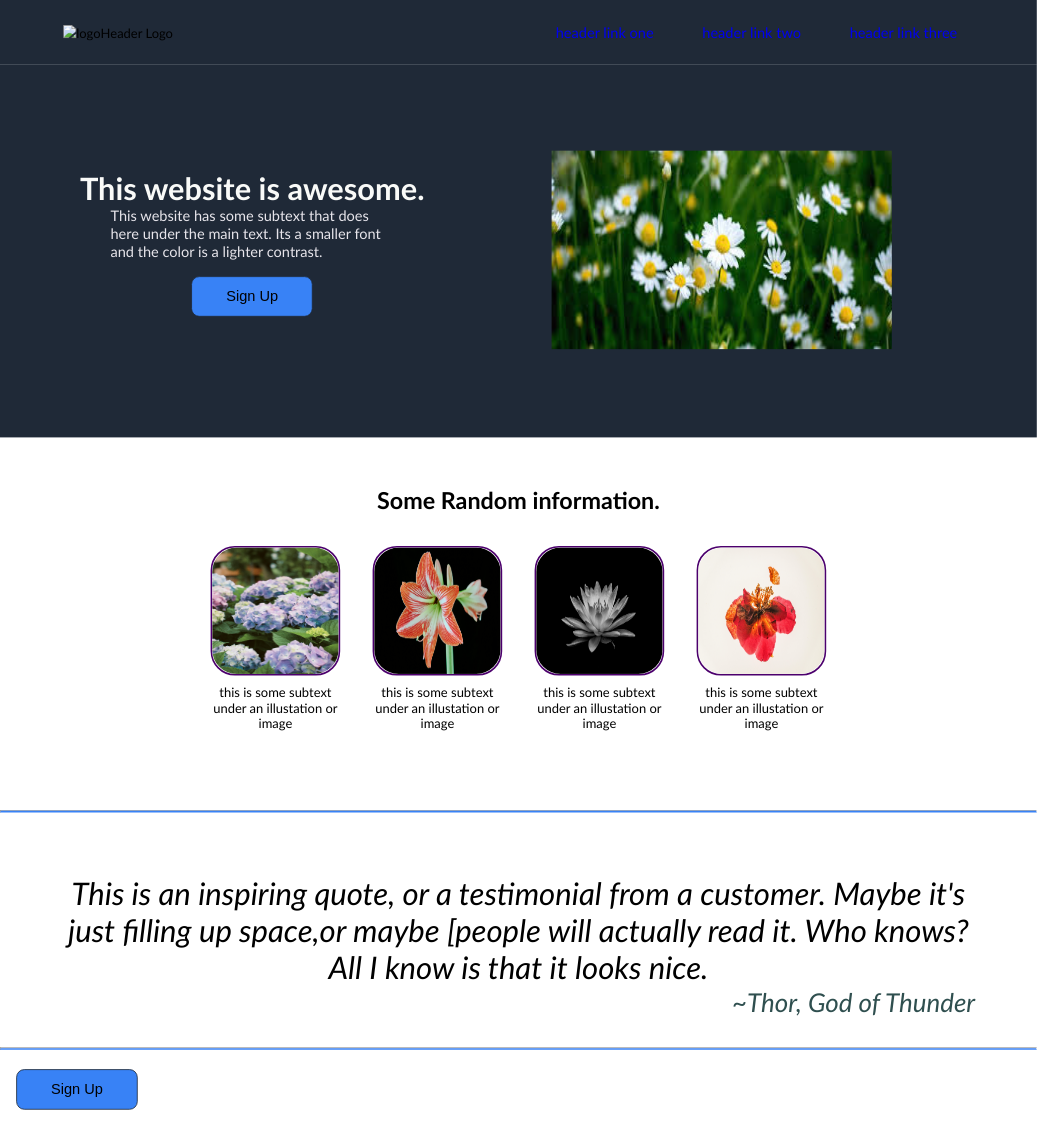
Repository: CassieHardluck/Landing-Page
Page: index.html
An editor plug-in stored every save of this project. The page is shown before and after the next save, followed by the edit.
The browser window is 1280 px wide. The pictures show the whole page, at 81% of full size.

Above is the page before, as saved 2024-06-02 03:04:40.

After the next save:
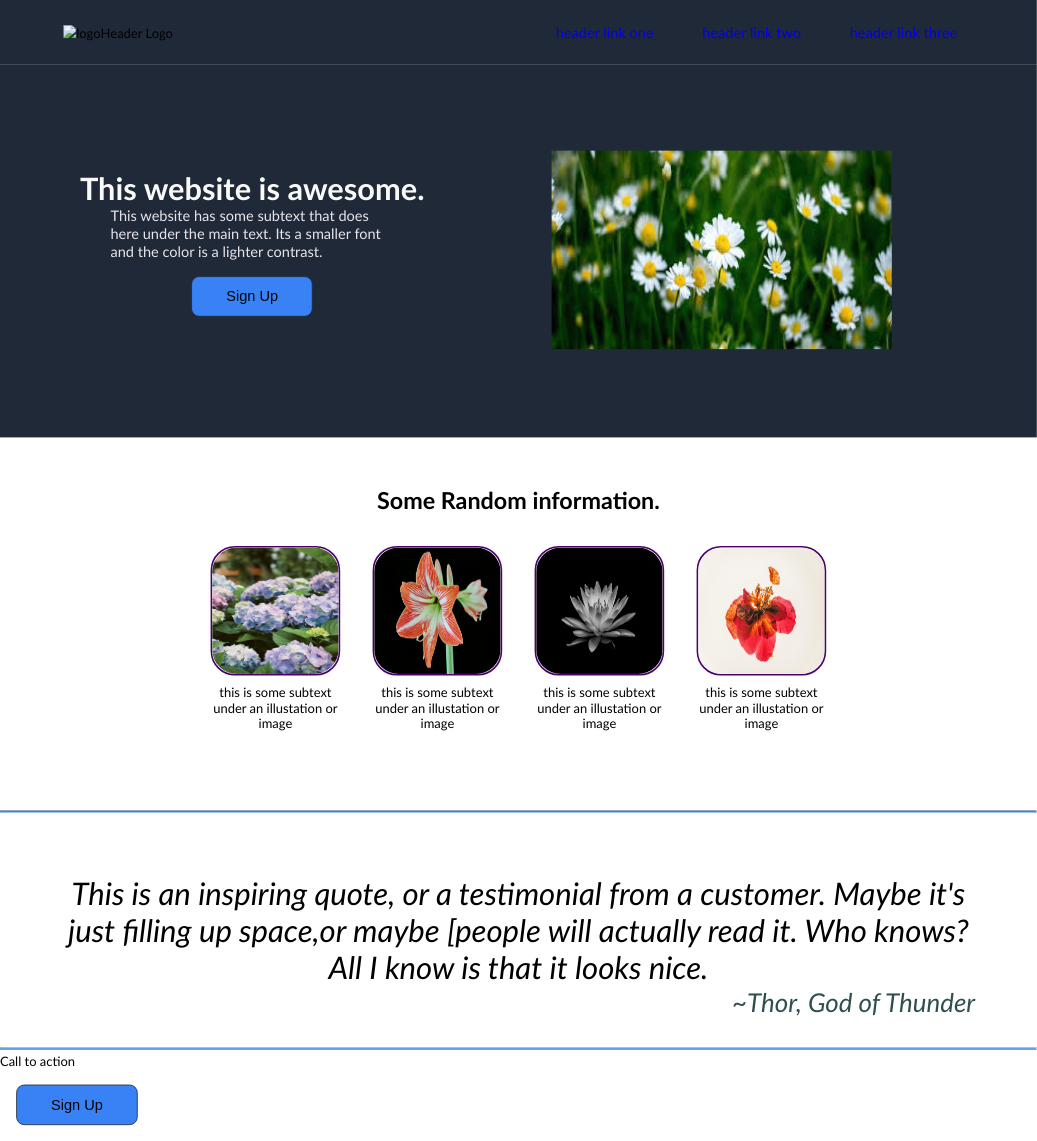
Saved 6 s later.
--- a/index.html
+++ b/index.html
@@ -86,7 +86,7 @@
         </section>
         <section id="your_info">
           <div class="sign-up-div">
-            <p class="sign-up-text"></p>
+            <p class="sign-up-text">Call to action</p>
           </div>
           <div class="button btn-one">
             <button class="sign-up">Sign Up</button>
